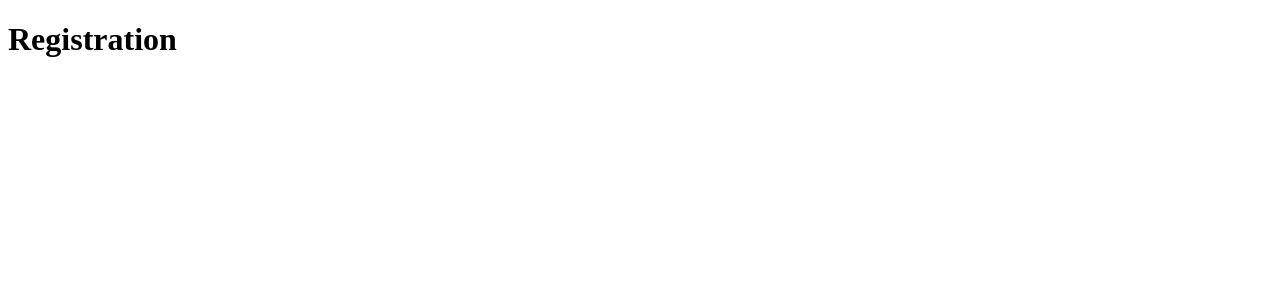
Repository: UnmeshNarayanKadam/JAVA-SPRING-HIBERNATE-PROGRAM
Page: http://localhost/spring-webapp/Confirmation.jsp
The author's editor kept a copy of each file at every save. The page is drawn from the files as they stood at one save, then again after the next save.
The browser window is 1280 px wide. The pictures show the whole page.
The page is served by Tomcat 9.

Above is the page before, as saved 2023-02-27 05:37:47.

After the next save:
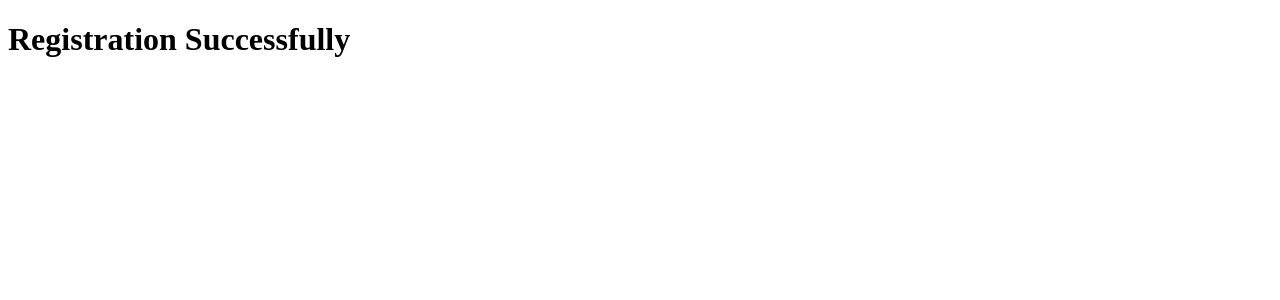
Saved 7 s later.
--- a/spring-webapp/src/main/webapp/Confirmation.jsp
+++ b/spring-webapp/src/main/webapp/Confirmation.jsp
@@ -7,6 +7,6 @@
 <title>Insert title here</title>
 </head>
 <body>
-<h1>Registration </h1>
+<h1>Registration Successfully</h1>
 </body>
 </html>
